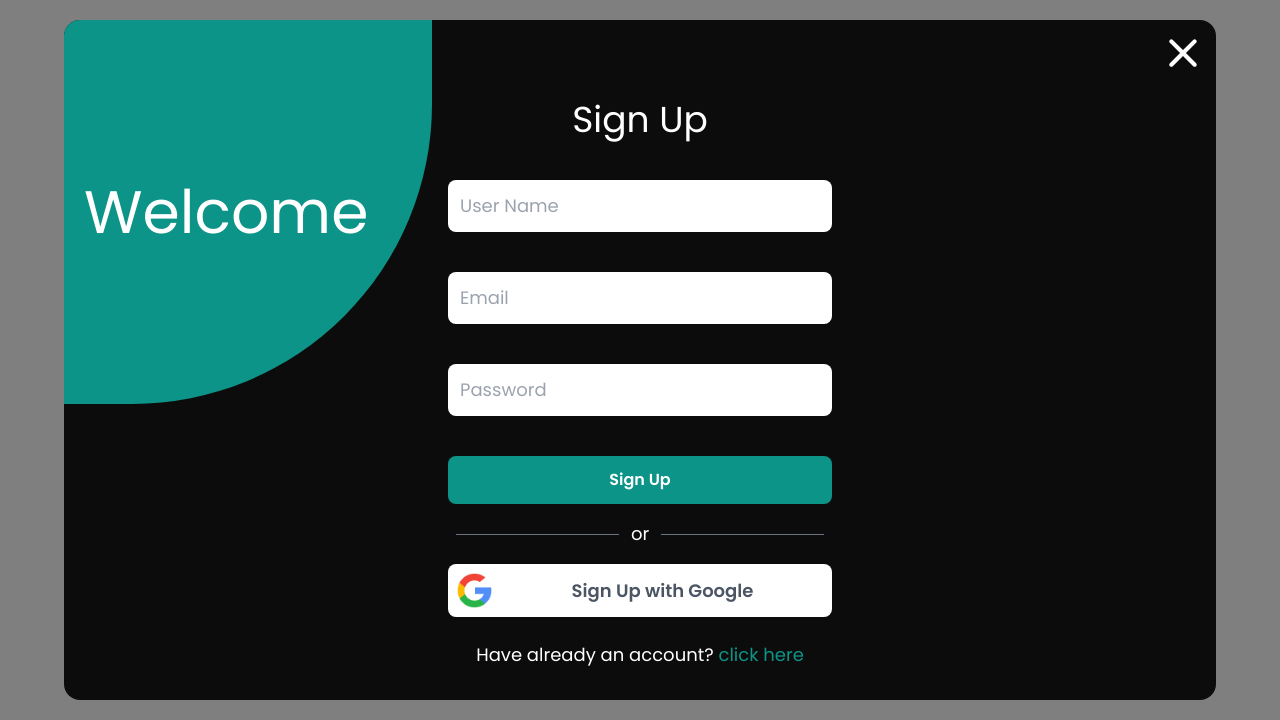
Repository: Ahmed77669/GT-Exams
Page: /
These files come from the project's save history. The page is drawn as it stood at one moment and after the next save; the edit follows.
The browser window is 1280 px wide. The pictures show the whole page.
The project was rebuilt for these pictures with package versions that can differ from the ones it lists, and the page was loaded fresh each time. The framework's server and built-in components were replaced by stand-ins that run in the browser. Also part of the build but not shown: next.config.mjs.

Above is the page before, as saved 2024-10-04 20:58:45.

### app/page.tsx
'use client'
import NavBarHome from "@/components/Navbar";
import Signup from "@/components/signup";
import Image from "next/image";

export default function Home() {
  return (
    <main>
<div className="fixed top-0 left-0 w-full h-full bg-black bg-opacity-50 flex justify-center items-center z-[1000]">
<div className="p-5 rounded-lg max-w-[1600px] w-full">
      <Signup/>
      </div>
      </div>
          </main>
  );
}

### components/signup.tsx
import React, { useState } from 'react';
import { Poppins } from "next/font/google";
import { CloseRounded } from '@mui/icons-material';
import { IconButton } from '@mui/material';
import google from '@/public/google.png';
import Image from 'next/image';
import { useRouter } from 'next/navigation';
import { motion } from 'framer-motion';


const poppins = Poppins({
  subsets: ["latin"],
  weight: ["100", "200", "300", "400", "500", "600", "700"],
});

interface SignupProps {
  closeSignup: () => void;
  toggleForm: (formType: 'login' | 'resetPassword') => void;
}

const pageVariants = {
  hidden: { opacity: 0, y: -20 },
  visible: { opacity: 1, y: 0, transition: { duration: 0.7 } },
};

const Signup: React.FC<SignupProps> = ({ closeSignup, toggleForm }) => {
  const route = useRouter();

  const handleSubmit = (event: React.FormEvent) => {
    event.preventDefault();
    route.push('./home');
  };




  return (
    <motion.div variants={pageVariants} initial="hidden" animate="visible">
      <section className={poppins.className}>
        <div className="flex justify-center items-center h-screen ">
          <div className="bg-black/90 w-full max-w-6xl rounded-2xl min-h-[680px]">
            <div className="grid md:grid-cols-3 gap-6 text-white">
              <div className="bg-teal-600 w-full h-96 rounded-tl-2xl rounded-br-[300px] flex items-center">
                <h1 className="text-6xl ml-5">Welcome</h1>
              </div>
              <div className="flex flex-col items-center justify-center mt-20">
                <p className="text-center mb-10 text-4xl">Sign Up</p>
                <form className="flex flex-col items-center" onSubmit={handleSubmit}>
                  <input
                    type="text"
                    name="name"
                    className="text-field w-96 text-lg p-3 mb-10 rounded-lg text-black"
                    placeholder="User Name"
                    required
                  />
                  <input
                    type="email"
                    name="email"
                    className="text-field w-96 text-lg p-3 mb-10 rounded-lg text-black"
                    placeholder="Email"
                    required
                  />
                  <input
                    type="password"
                    name="password"
                    className="text-field w-96 text-lg p-3 mb-10 rounded-lg text-black"
                    placeholder="Password"
                    required
                  />
                  <button className="w-96 bg-teal-600 text-white p-3 rounded-lg hover:opacity-90 font-semibold">
                    Sign Up
                  </button>
                </form>
                <div className="flex items-center mt-4 w-full">
                  <hr className="flex-1 border-t border-gray-500" />
                  <p className="mx-3 text-lg">or</p>
                  <hr className="flex-1 border-t border-gray-500" />
                </div>
                <div className="flex justify-center mt-4">
                  <button className="w-96 bg-white text-gray-600 p-1 rounded-lg flex items-center hover:opacity-90">
                    <Image src={google} alt="google icon" width={45} />
                    <span className="flex-1 text-center text-lg font-semibold">Sign Up with Google</span>
                  </button>
                </div>
                <div className="text-center mt-6">
                  <p className="text-lg">
                    Have already an account?{" "}
                    <span
                      className="text-teal-600 cursor-pointer"
                      onClick={() => toggleForm("login")}
                    >
                      click here
                    </span>
                  </p>
                </div>
              </div>
              <div className="flex justify-end  items-start ">
                <IconButton aria-label="close" onClick={closeSignup} className="m-5">
                  <CloseRounded className="text-white" style={{ fontSize: "50px" }} />
                </IconButton>
              </div>
            </div>
          </div>
        </div>
      </section>
    </motion.div>
  );
};

export default Signup;

### components/login.tsx
import React from 'react';
import { Poppins } from "next/font/google";
import { CloseRounded } from '@mui/icons-material';
import { IconButton } from '@mui/material';
import { useRouter } from 'next/navigation';
import { motion } from 'framer-motion';

const poppins = Poppins({
  subsets: ["latin"],
  weight: ["100", "200", "300", "400", "500", "600", "700"],
});

interface LoginProps {
  toggleForm: (formType: 'signup' | 'resetPassword') => void; // Toggle to reset password or signup
}

const pageVariants = {
  hidden: { opacity: 0, y: -20 },
  visible: { opacity: 1, y: 0, transition: { duration: 0.7 } },
};

const Login: React.FC<LoginProps> = ({ toggleForm }) => {
  const route = useRouter();

  return (
    <motion.div variants={pageVariants} initial="hidden" animate="visible">
      <section className={poppins.className}>
        <div className="flex justify-center items-start fixed top-0 left-0 w-full h-full bg-black bg-opacity-50 z-[1000]">
          <div className="p-5 rounded-lg max-w-[1600px] w-full mt-10 bg-[#000000e7]">
            <div className="flex flex-col min-h-[748.5px]">
              <div className="w-450 h-400 bg-teal-600 rounded-l-lg flex items-center">
                <div className="text-white text-5xl ml-5">Welcome Back</div>
              </div>
              <div className="flex flex-col items-center text-white text-2xl mt-10">
                <p className="text-center mb-10">Log In</p>
                <form className="flex flex-col items-center" onSubmit={(e) => { e.preventDefault(); route.push('/home'); }}>
                  <input
                    type="email"
                    className='text-field w-96 mb-4 p-3 text-lg rounded-md'
                    placeholder='Email'
                    required
                  />
                  <input
                    type="password"
                    className='text-field w-96 mb-4 p-3 text-lg rounded-md'
                    placeholder='Password'
                    required
                  />
                  <div className="flex mb-5 w-96">
                    <p className="text-sm">
                      Forgot your password?{" "}
                      <span
                        className="text-teal-600 cursor-pointer"
                        onClick={() => toggleForm('resetPassword')} // Trigger the reset password form
                      >
                        Reset here
                      </span>
                    </p>
                  </div>
                  <button className='signup-pop w-96 bg-teal-600 text-white rounded-md p-3 transition duration-200 hover:bg-teal-700' type="submit">
                    Log In
                  </button>
                </form>
                <div className="text-center mt-5">
                  <p className="text-lg">
                    Don't have an account?{" "}
                    <span
                      className="text-teal-600 cursor-pointer"
                      onClick={() => toggleForm('signup')} // Switch to Signup form
                    >
                      Sign Up
                    </span>
                  </p>
                </div>
              </div>
              <div className="flex justify-end">
                <IconButton aria-label="close" style={{ width: "auto", margin: "20px" }}>
                  <CloseRounded style={{ color: "white", fontSize: "50px" }} />
                </IconButton>
              </div>
            </div>
          </div>
        </div>
      </section>
    </motion.div>
  );
};

export default Login;

Loaded but not shown: app/layout.tsx (common file); app/globals.css (common file); tailwind.config.ts (common file)

After the next save:
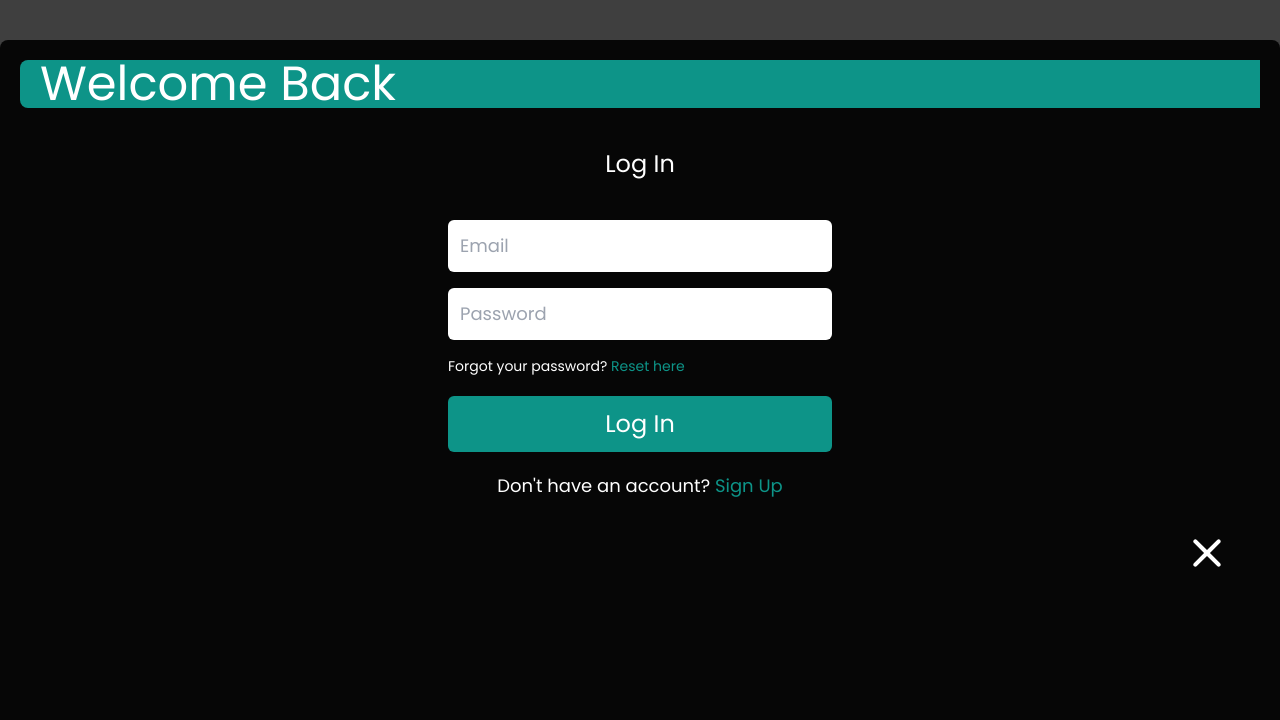
Saved 69 s later.
--- a/app/page.tsx
+++ b/app/page.tsx
@@ -1,4 +1,5 @@
 'use client'
+import Login from "@/components/login";
 import NavBarHome from "@/components/Navbar";
 import Signup from "@/components/signup";
 import Image from "next/image";
@@ -8,7 +9,7 @@ export default function Home() {
     <main>
 <div className="fixed top-0 left-0 w-full h-full bg-black bg-opacity-50 flex justify-center items-center z-[1000]">
 <div className="p-5 rounded-lg max-w-[1600px] w-full">
-      <Signup/>
+      <Login/>
       </div>
       </div>
           </main>

After the save that followed:
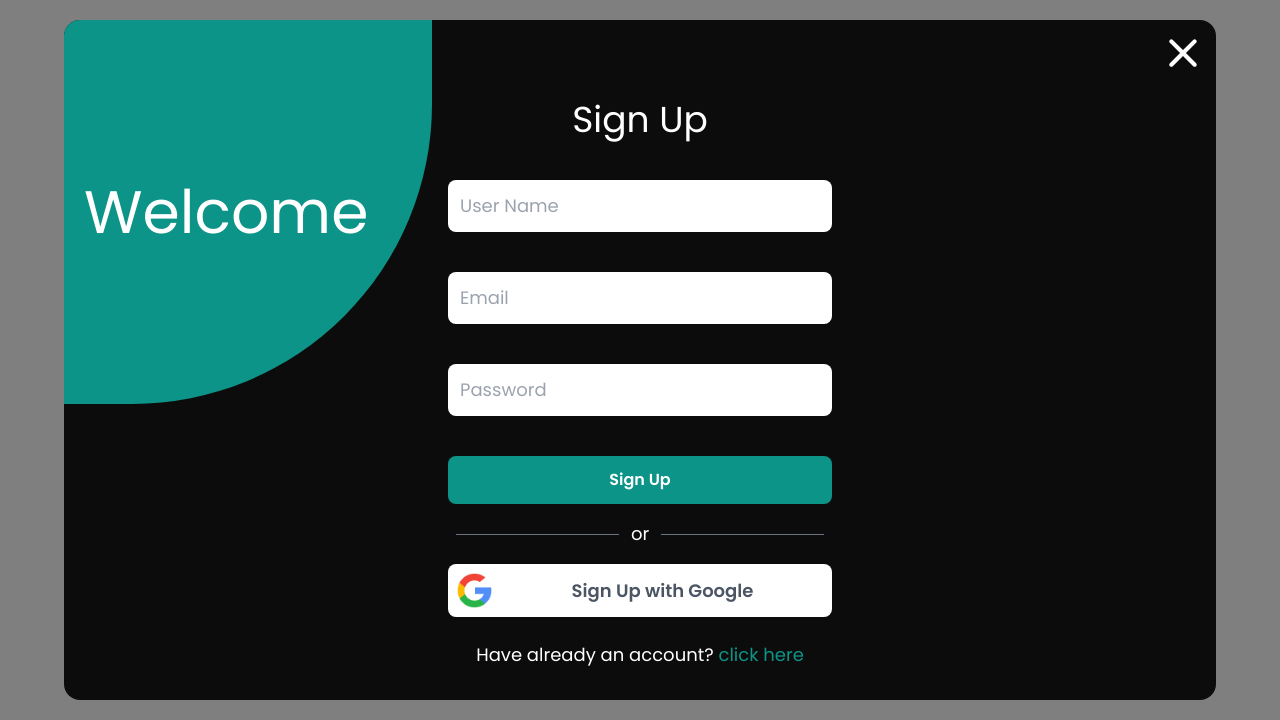
Saved 93 s later.
--- a/components/login.tsx
+++ b/components/login.tsx
@@ -1,17 +1,21 @@
-import React from 'react';
+import React, { useState } from 'react';
 import { Poppins } from "next/font/google";
 import { CloseRounded } from '@mui/icons-material';
 import { IconButton } from '@mui/material';
+import google from '@/public/google.png';
+import Image from 'next/image';
 import { useRouter } from 'next/navigation';
 import { motion } from 'framer-motion';
+
 
 const poppins = Poppins({
   subsets: ["latin"],
   weight: ["100", "200", "300", "400", "500", "600", "700"],
 });
 
-interface LoginProps {
-  toggleForm: (formType: 'signup' | 'resetPassword') => void; // Toggle to reset password or signup
+interface SignupProps {
+  closeSignup: () => void;
+  toggleForm: (formType: 'login' | 'resetPassword') => void;
 }
 
 const pageVariants = {
@@ -19,63 +23,80 @@ const pageVariants = {
   visible: { opacity: 1, y: 0, transition: { duration: 0.7 } },
 };
 
-const Login: React.FC<LoginProps> = ({ toggleForm }) => {
+const Signup: React.FC<SignupProps> = ({ closeSignup, toggleForm }) => {
   const route = useRouter();
+
+  const handleSubmit = (event: React.FormEvent) => {
+    event.preventDefault();
+    route.push('./home');
+  };
+
+
+
 
   return (
     <motion.div variants={pageVariants} initial="hidden" animate="visible">
       <section className={poppins.className}>
-        <div className="flex justify-center items-start fixed top-0 left-0 w-full h-full bg-black bg-opacity-50 z-[1000]">
-          <div className="p-5 rounded-lg max-w-[1600px] w-full mt-10 bg-[#000000e7]">
-            <div className="flex flex-col min-h-[748.5px]">
-              <div className="w-450 h-400 bg-teal-600 rounded-l-lg flex items-center">
-                <div className="text-white text-5xl ml-5">Welcome Back</div>
+        <div className="flex justify-center items-center h-screen ">
+          <div className="bg-black/90 w-full max-w-6xl rounded-2xl min-h-[680px]">
+            <div className="grid md:grid-cols-3 gap-6 text-white">
+              <div className="bg-teal-600 w-full h-96 rounded-tl-2xl rounded-br-[300px] flex items-center">
+                <h1 className="text-6xl ml-5">Welcome</h1>
               </div>
-              <div className="flex flex-col items-center text-white text-2xl mt-10">
-                <p className="text-center mb-10">Log In</p>
-                <form className="flex flex-col items-center" onSubmit={(e) => { e.preventDefault(); route.push('/home'); }}>
+              <div className="flex flex-col items-center justify-center mt-20">
+                <p className="text-center mb-10 text-4xl">Sign Up</p>
+                <form className="flex flex-col items-center" onSubmit={handleSubmit}>
+                  <input
+                    type="text"
+                    name="name"
+                    className="text-field w-96 text-lg p-3 mb-10 rounded-lg text-black"
+                    placeholder="User Name"
+                    required
+                  />
                   <input
                     type="email"
-                    className='text-field w-96 mb-4 p-3 text-lg rounded-md'
-                    placeholder='Email'
+                    name="email"
+                    className="text-field w-96 text-lg p-3 mb-10 rounded-lg text-black"
+                    placeholder="Email"
                     required
                   />
                   <input
                     type="password"
-                    className='text-field w-96 mb-4 p-3 text-lg rounded-md'
-                    placeholder='Password'
+                    name="password"
+                    className="text-field w-96 text-lg p-3 mb-10 rounded-lg text-black"
+                    placeholder="Password"
                     required
                   />
-                  <div className="flex mb-5 w-96">
-                    <p className="text-sm">
-                      Forgot your password?{" "}
-                      <span
-                        className="text-teal-600 cursor-pointer"
-                        onClick={() => toggleForm('resetPassword')} // Trigger the reset password form
-                      >
-                        Reset here
-                      </span>
-                    </p>
-                  </div>
-                  <button className='signup-pop w-96 bg-teal-600 text-white rounded-md p-3 transition duration-200 hover:bg-teal-700' type="submit">
-                    Log In
+                  <button className="w-96 bg-teal-600 text-white p-3 rounded-lg hover:opacity-90 font-semibold">
+                    Sign Up
                   </button>
                 </form>
-                <div className="text-center mt-5">
+                <div className="flex items-center mt-4 w-full">
+                  <hr className="flex-1 border-t border-gray-500" />
+                  <p className="mx-3 text-lg">or</p>
+                  <hr className="flex-1 border-t border-gray-500" />
+                </div>
+                <div className="flex justify-center mt-4">
+                  <button className="w-96 bg-white text-gray-600 p-1 rounded-lg flex items-center hover:opacity-90">
+                    <Image src={google} alt="google icon" width={45} />
+                    <span className="flex-1 text-center text-lg font-semibold">Sign Up with Google</span>
+                  </button>
+                </div>
+                <div className="text-center mt-6">
                   <p className="text-lg">
-                    Don't have an account?{" "}
+                    Have already an account?{" "}
                     <span
                       className="text-teal-600 cursor-pointer"
-                      onClick={() => toggleForm('signup')} // Switch to Signup form
+                      onClick={() => toggleForm("login")}
                     >
-                      Sign Up
+                      click here
                     </span>
                   </p>
                 </div>
               </div>
-              <div className="flex justify-end">
-                <IconButton aria-label="close" style={{ width: "auto", margin: "20px" }}>
-                  <CloseRounded style={{ color: "white", fontSize: "50px" }} />
+              <div className="flex justify-end  items-start ">
+                <IconButton aria-label="close" onClick={closeSignup} className="m-5">
+                  <CloseRounded className="text-white" style={{ fontSize: "50px" }} />
                 </IconButton>
               </div>
             </div>
@@ -86,4 +107,4 @@ const Login: React.FC<LoginProps> = ({ toggleForm }) => {
   );
 };
 
-export default Login;
+export default Signup;
